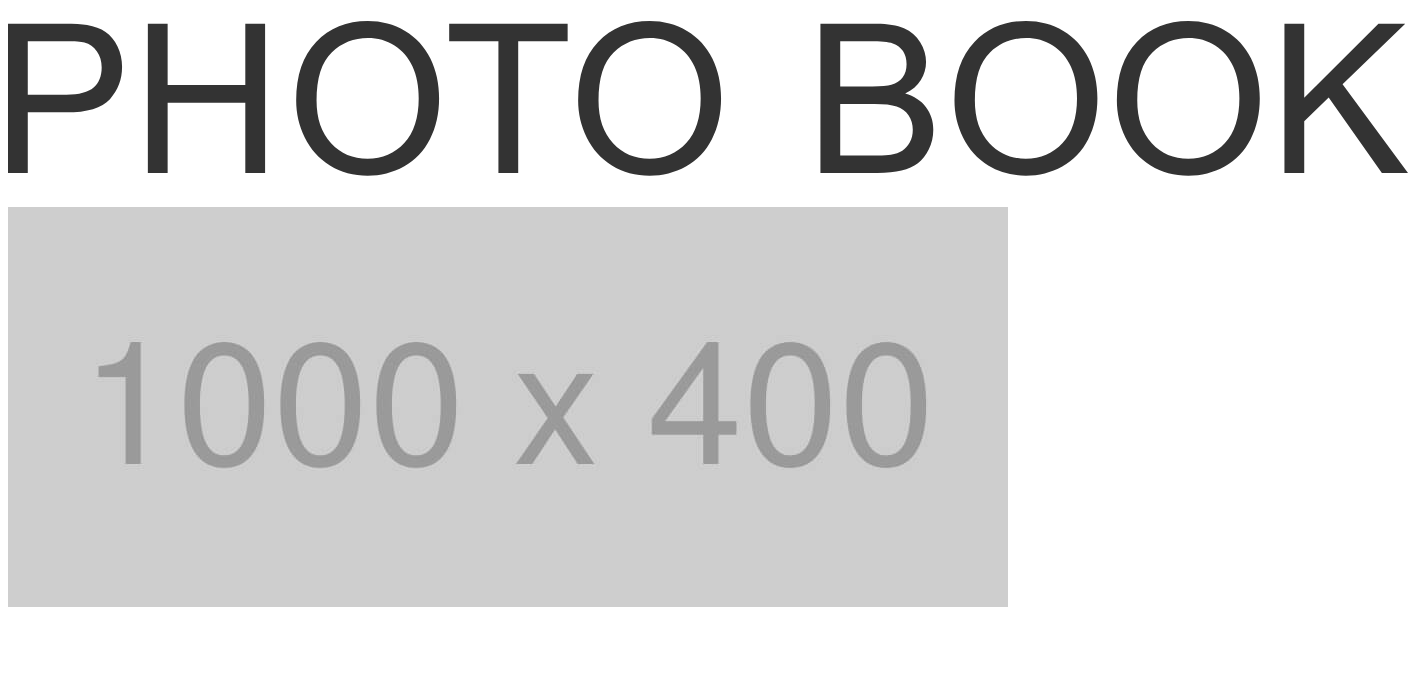
Repository: Fuki-san/photo-book-1
Page: http://localhost/photo
An editor plug-in stored every save of this project. The page is shown before and after a run of saves, followed by the edit.
The browser window is 1280 px wide. The page is 1408 px wide, so the pictures cover 1408 px, including what lies to the right of the window. The pictures show the whole page.
The page is served by the project's Laravel application, run on PHP 8.4 with Laravel 10.

Above is the page before, as saved 2023-11-28 15:42:48.

After the next 2 saves:
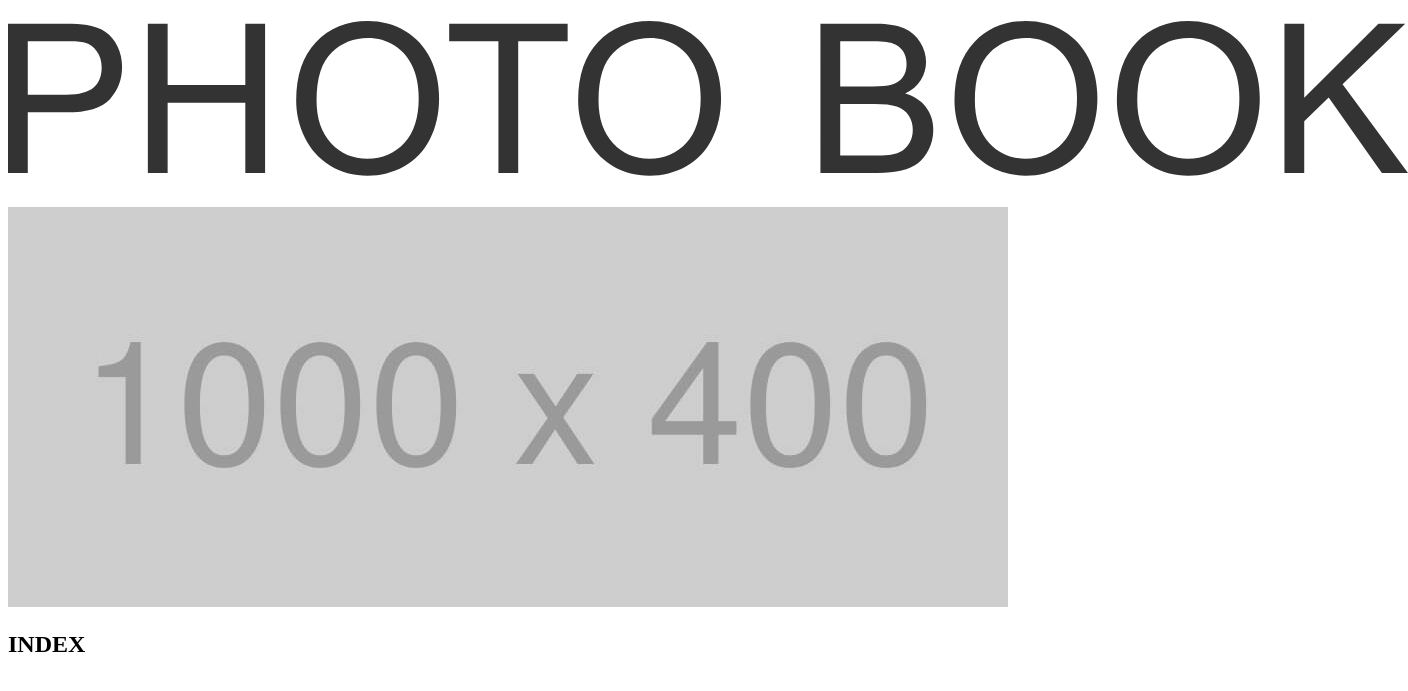
The 2 saves are shown as one change because they came seconds apart.
The last was saved 8 s later.
--- a/resources/views/photo.blade.php
+++ b/resources/views/photo.blade.php
@@ -14,7 +14,7 @@
             </div>
             <section id="index">
                 <div class="content">
-                    <h2 class=""></h2>
+                    <h2 class="sec-title">INDEX</h2>
                 </div>
             </section>
         </main>
